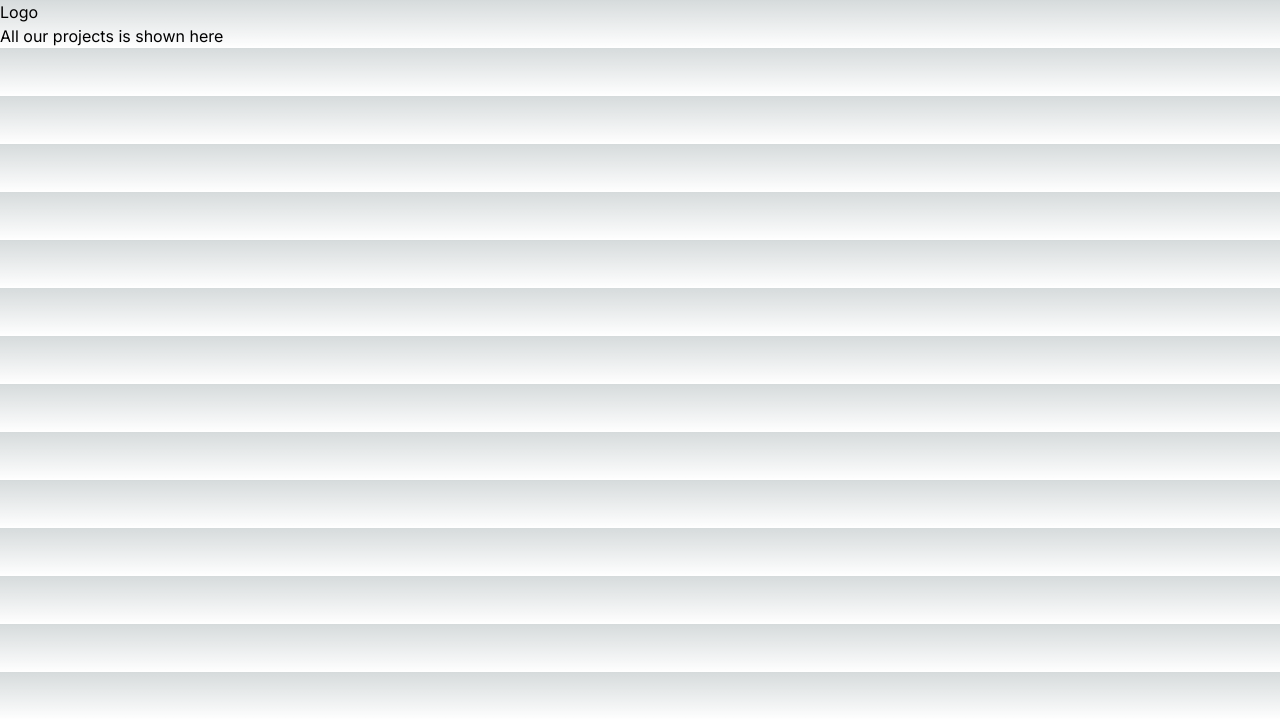
Repository: ITwhitecliffe/Portfolio
Page: /projects
An editor plug-in stored every save of this project. The page is shown before and after the next save, followed by the edit.
The browser window is 1280 px wide. The pictures show the whole page.
The project was rebuilt for these pictures with package versions that can differ from the ones it lists, and the page was loaded fresh each time. The framework's server and built-in components were replaced by stand-ins that run in the browser. Also part of the build but not shown: next.config.mjs, components/Project.jsx.

Above is the page before, as saved 2024-04-02 12:49:49.

### app/layout.js
import { Inter } from "next/font/google";
import "./globals.css";
import Header from "@/components/Header";

const inter = Inter({ subsets: ["latin"] });

export const metadata = {
  title: "Create Next App",
  description: "Generated by create next app",
};

export default function RootLayout({ children }) {
  return (
    <html lang="en">
      <body className={inter.className}>
        <Header />
        {children}
      </body>
    </html>
  );
}

### app/projects/page.jsx
"use client";
import React, { useState } from "react";
import projects from "@/data";
import Project from "@/components/Project";

const Projects = () => {
  const [info, setInfo] = useState(projects);

  console.log(projects);
  return (
    <div>
      All our projects is shown here
      {info.map((p, id) => {
        <h1 className="flex" key={id}>
          {p.title}
          {/* <Project {...p} /> */}
        </h1>;
      })}
    </div>
  );
};

export default Projects;

### components/Header.jsx
import React from "react";

const Header = () => {
  return <div>Logo</div>;
};

export default Header;

### data.js
const data = [
  {
    id: "1",
    title: "Project1",
    contest: "This is some description of the project 1",
  },
  {
    id: "2",
    title: "Project 2",
    contest: "This is some description of the project 2",
  },
  {
    id: "3",
    title: "Project 3",
    contest: "This is some description of the project 3",
  },
];

export default data;

Loaded but not shown: app/globals.css (common file); tailwind.config.js (common file)

After the next save:
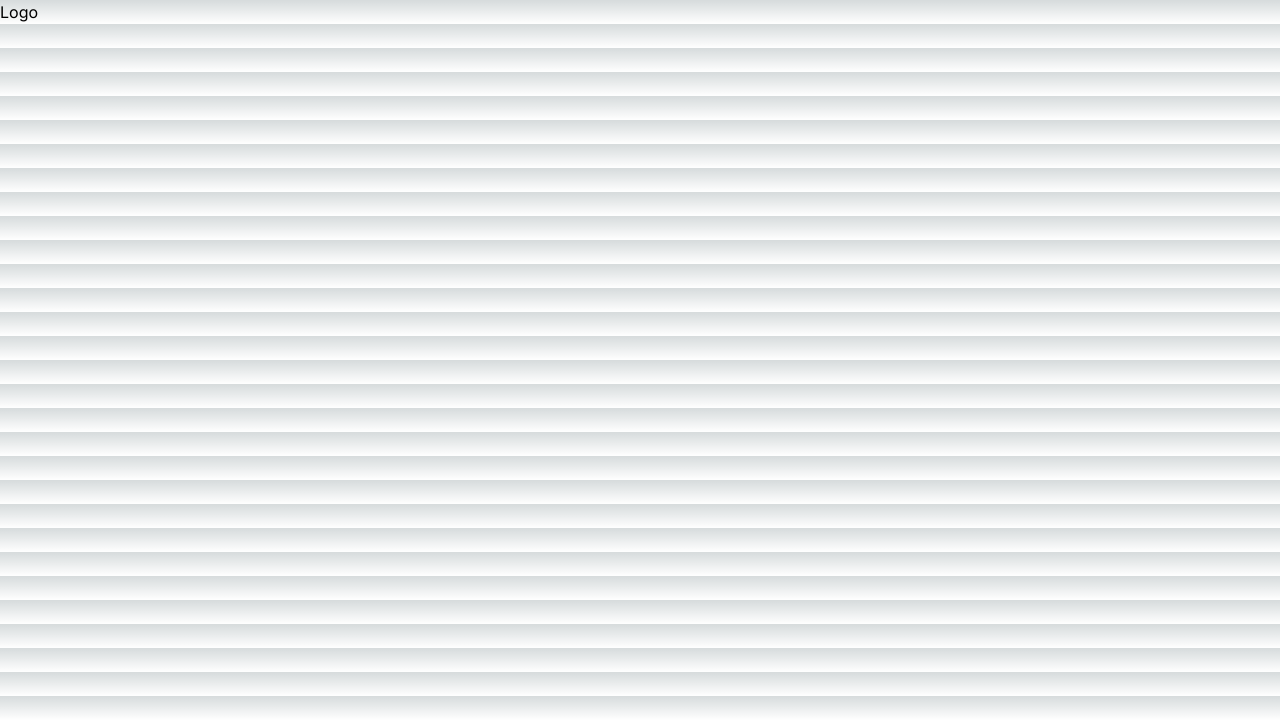
Saved 10 s later.
--- a/app/projects/page.jsx
+++ b/app/projects/page.jsx
@@ -9,7 +9,6 @@
   console.log(projects);
   return (
     <div>
-      All our projects is shown here
       {info.map((p, id) => {
         <h1 className="flex" key={id}>
           {p.title}

After the save that followed:
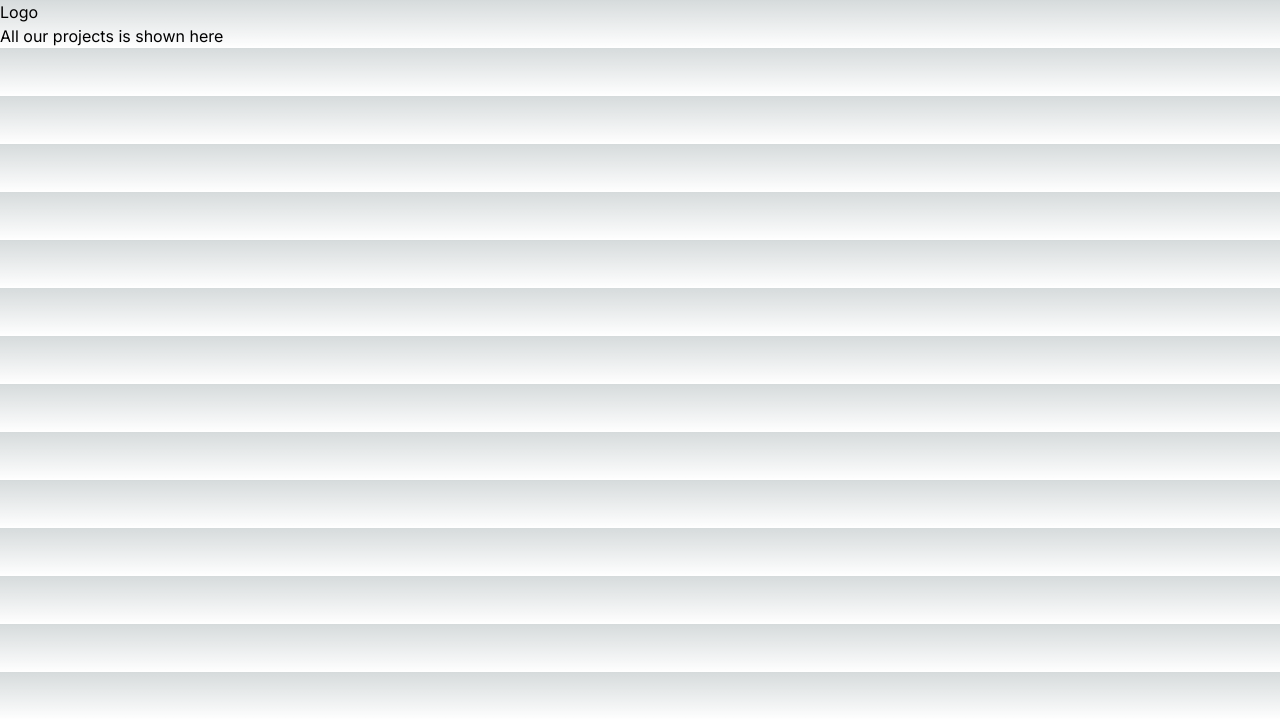
Saved 5 s later.
--- a/app/projects/page.jsx
+++ b/app/projects/page.jsx
@@ -9,6 +9,7 @@
   console.log(projects);
   return (
     <div>
+      All our projects is shown here
       {info.map((p, id) => {
         <h1 className="flex" key={id}>
           {p.title}
